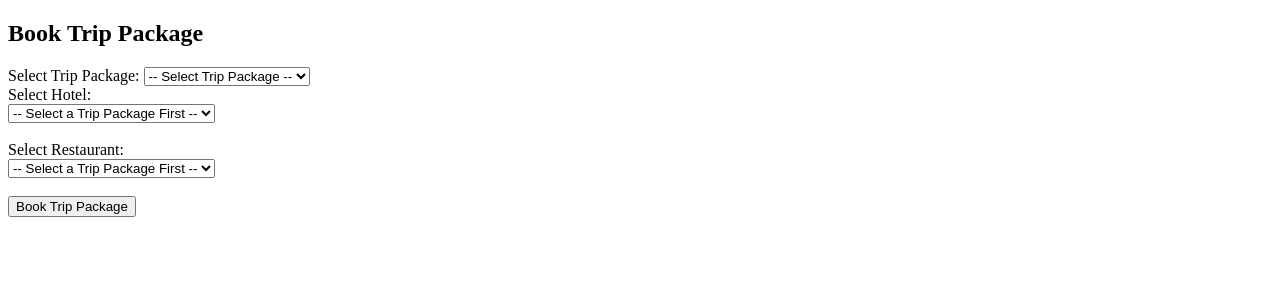
Repository: nyeinsu4520/tourland
Page: http://localhost/TripBooking
An editor plug-in stored every save of this project. The page is shown before and after a run of saves, followed by the edit.
The browser window is 1280 px wide. The pictures show the whole page.
The page is this project's Thymeleaf template; nobody is signed in. The template is opened directly, without the code that normally fills it, so the values that code supplies are empty.

Above is the page before, as saved 2024-06-29 12:13:28.

After the next 2 saves:
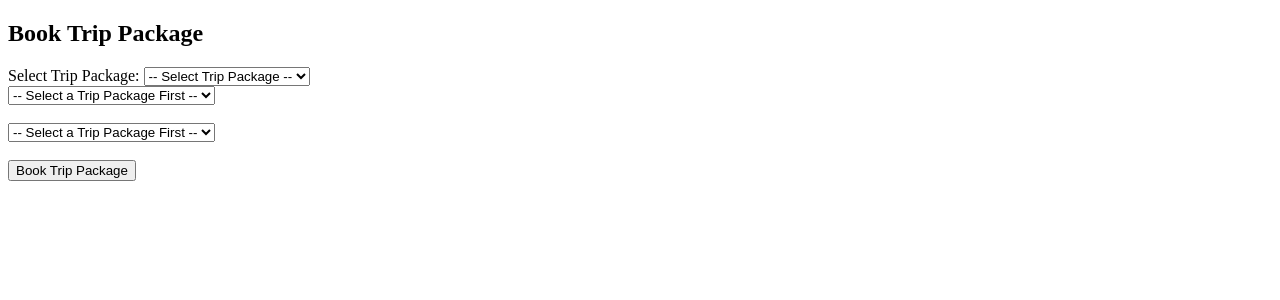
The 2 saves are shown as one change because 1 did not build or start.
The last was saved 5 min 31 s later.
--- a/Tourland/src/main/resources/templates/TripBooking.html
+++ b/Tourland/src/main/resources/templates/TripBooking.html
@@ -25,7 +25,7 @@
 <body>
     <h2>Book Trip Package</h2>
 
-    <form action="/trip-packages/book" method="post">
+    <form action="/admin/trip-packages/book" method="post">
         <input type="hidden" name="_csrf" th:value="${_csrf.token}" /> <!-- Ensure CSRF token is included -->
 
         <!-- Select Trip Package -->
@@ -38,8 +38,7 @@
         </select>
         <br/>
 
-        <!-- Select Hotel -->
-        <label>Select Hotel:</label>
+        <!-- Include Hotel Select Fragment -->
         <div id="hotelSelect">
             <select name="hotelId">
                 <option value="">-- Select a Trip Package First --</option>
@@ -47,8 +46,7 @@
         </div>
         <br/>
 
-        <!-- Select Restaurant -->
-        <label>Select Restaurant:</label>
+        <!-- Include Restaurant Select Fragment -->
         <div id="restaurantSelect">
             <select name="restaurantId">
                 <option value="">-- Select a Trip Package First --</option>
